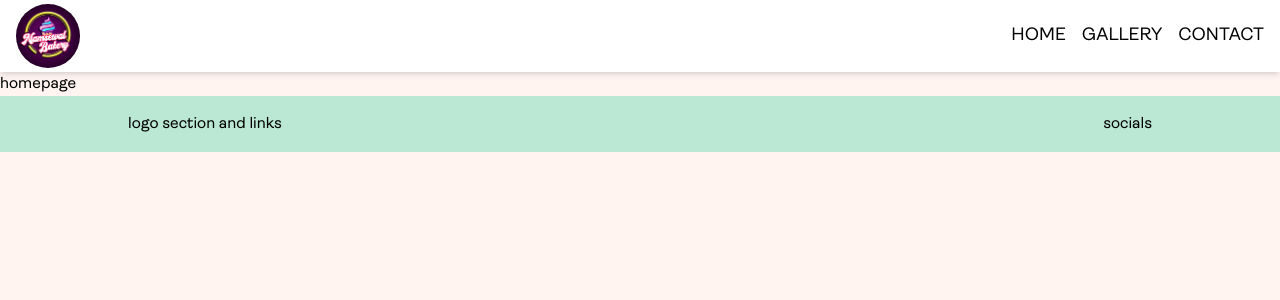
Repository: nabinkatwal7/namsewal
Page: /
The author's editor kept a copy of each file at every save. The page is drawn from the files as they stood at one save, then again after the next save.
The browser window is 1280 px wide. The pictures show the whole page.
The project was rebuilt for these pictures with package versions that can differ from the ones it lists, and the page was loaded fresh each time. The framework's server and built-in components were replaced by stand-ins that run in the browser. Also part of the build but not shown: next.config.mjs.

Above is the page before, as saved 2024-08-27 10:17:16.

After the next save:
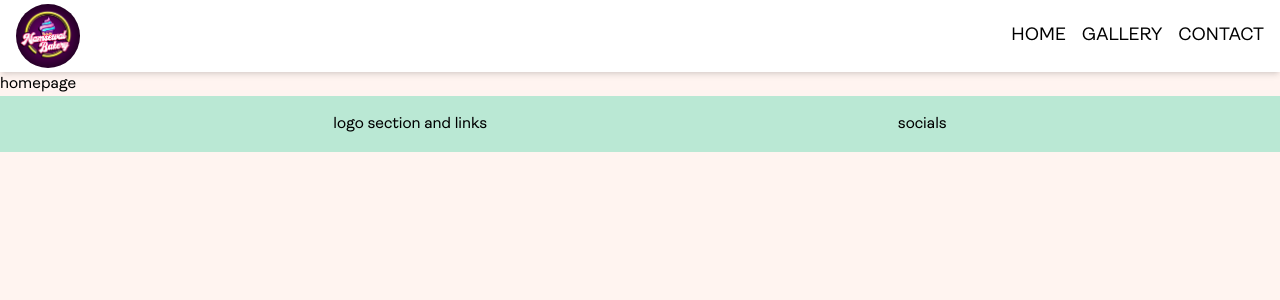
Saved 8 s later.
--- a/components/ui/Footer.tsx
+++ b/components/ui/Footer.tsx
@@ -2,7 +2,7 @@
 
 const Footer = () => {
   return (
-    <div className="bg-[#bae8d4] px-32 py-4 flex flex-row justify-between">
+    <div className="bg-[#bae8d4] px-32 py-4 flex flex-row justify-around">
       <div>logo section and links</div>
       <div>socials</div>
     </div>
